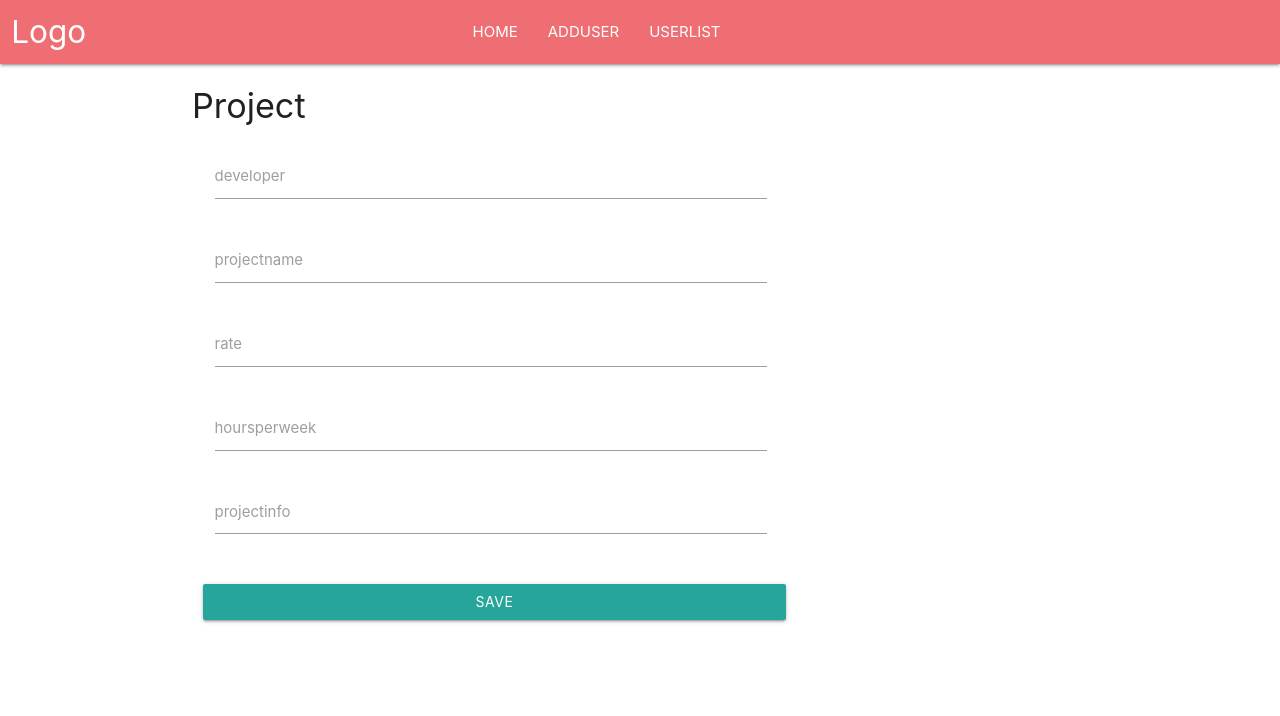
Repository: JenyaIII-sudo/Cars
Page: /AddProject
These files come from the project's save history. The page is drawn as it stood at one moment and after a run of saves; the edit follows.
The browser window is 1280 px wide. The pictures show the whole page.
The project was rebuilt for these pictures with package versions that can differ from the ones it lists, and the page was loaded fresh each time. Also part of the build but not shown: src/App.css, src/Components/UserList.js, src/Components/Home.js, src/Components/AddUser.js, src/Components/About.js, src/Components/ReactModal.js, src/Components/Table.js.

Above is the page before, as saved 2019-12-01 23:52:00.

After the next 2 saves:
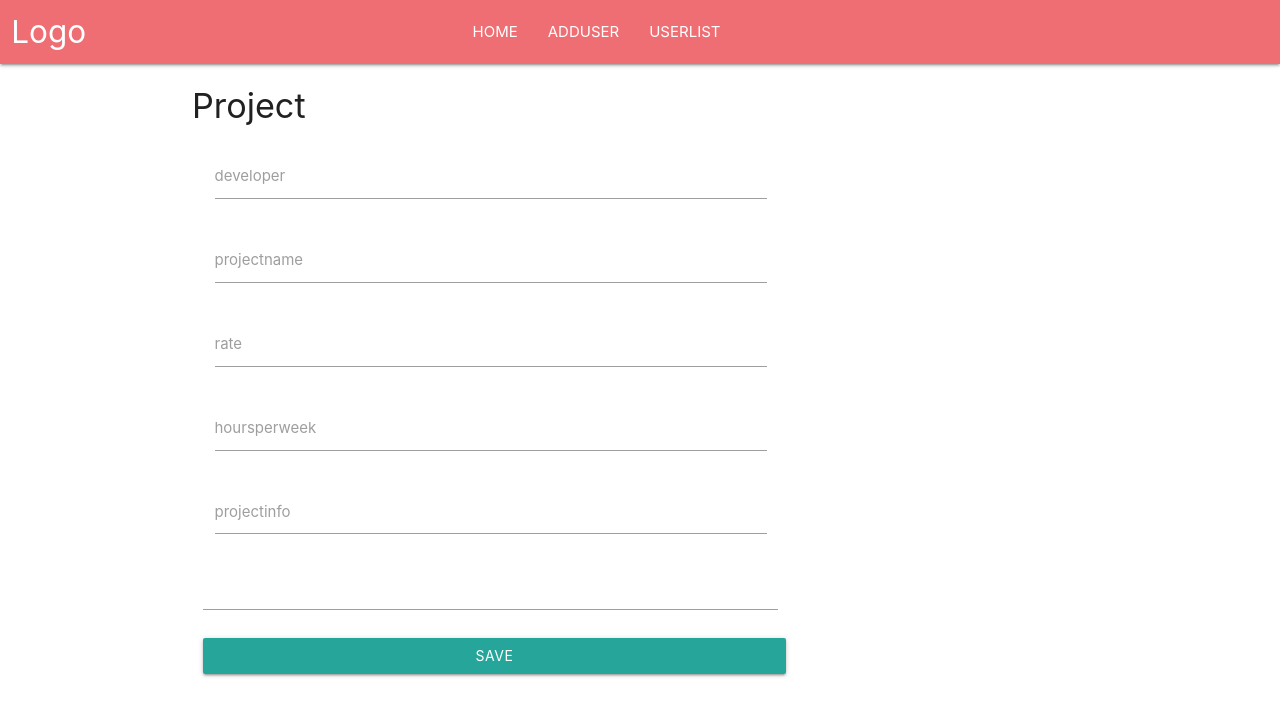
The 2 saves are shown as one change because 1 did not build or start.
The last was saved 2 min 7 s later.
--- a/src/Components/AddProject.js
+++ b/src/Components/AddProject.js
@@ -38,7 +38,13 @@ const AddProject = props => {
           <div className="col s8">
             {formList.map(item => (
               <div className="input-field col s12 " key={item.name}>
-                <Autocomplete data={item.developer} />
+                <input
+                  onChange={handleChangeInput}
+                  type="text"
+                  name={item.name}
+                  key={data.name}
+                  required
+                />
                 <label>{item.name}</label>
               </div>
             ))}
@@ -51,6 +57,7 @@ const AddProject = props => {
               ></textarea>
               <label htmlFor="textarea1">projectinfo</label>
             </div>
+            <Autocomplete data={props.data} />
           </div>
         </div>
         <button
